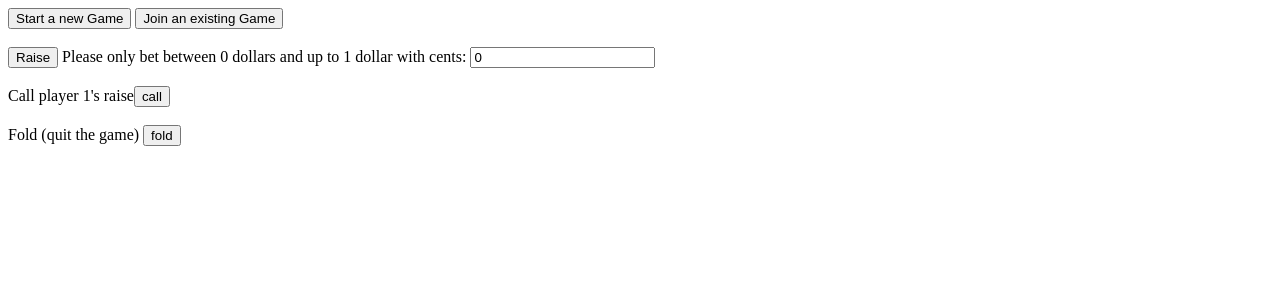
Repository: J2EEBeliever/ISA681_Poker2
Page: http://localhost/StrutsAjax/WEB-INF/game.jsp
These files come from the project's save history. The page is drawn as it stood at one moment and after the next save; the edit follows.
The browser window is 1280 px wide. The pictures show the whole page.
The page is served by Tomcat 9. Nobody is signed in. The template is opened directly, without the code that normally fills it, so the values that code supplies are empty.

Above is the page before, as saved 2015-12-08 17:38:01.

After the next save:
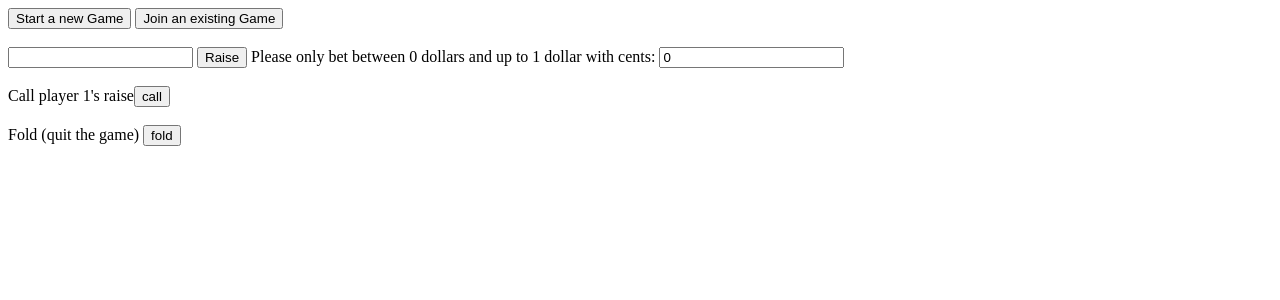
Saved 88 s later.
--- a/SOURCE/StrutsAjax/WebContent/WEB-INF/game.jsp
+++ b/SOURCE/StrutsAjax/WebContent/WEB-INF/game.jsp
@@ -326,6 +326,7 @@ $(document).ready(function() {
 
 	<BR>
 	<BR>
+	<input type="hjidden" id = "IsGameOver" name = "IsGameOver" >
 	<input type="button" name="raise" value="Raise" id="raise"
 		onclick="raise()"> Please only bet between 0 dollars and up to
 	1 dollar with cents:
